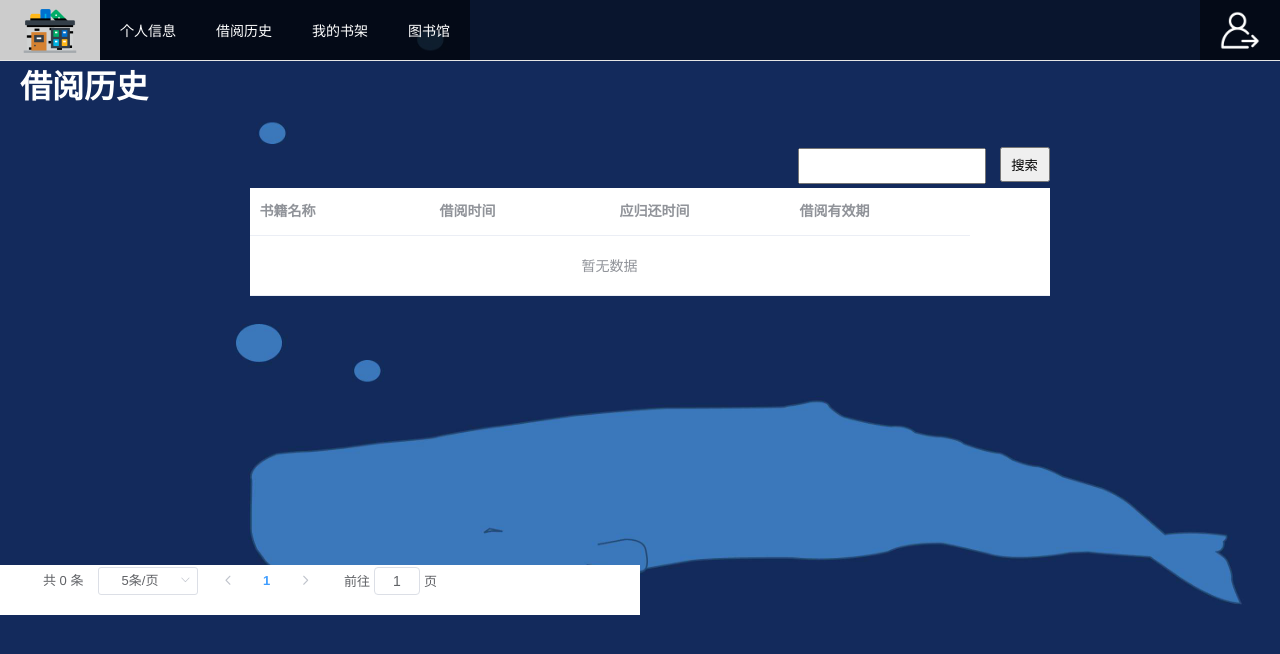
Repository: Akron-xz/helloVue
Page: /#/borrowhistory (app in vue-library/)
The author's editor kept a copy of each file at every save. The page is drawn from the files as they stood at one save, then again after the next save.
The browser window is 1280 px wide. The pictures show the whole page.
The project was rebuilt for these pictures with package versions that can differ from the ones it lists, and the page was loaded fresh each time. Also part of the build but not shown: vue-library/src/components/homeNav.vue, vue-library/src/views/Home.vue.

Above is the page before, as saved 2020-11-25 17:34:35.

### vue-library/src/main.js
import Vue from 'vue'
import App from './App.vue'
import ElementUI from 'element-ui';
import 'element-ui/lib/theme-chalk/index.css';
import axios from "axios"
import router from './router'
import Router from 'vue-router'

const routerPush = Router.prototype.push
Router.prototype.push = function push(location) {
    return routerPush.call(this, location).catch(error => error)
}

Vue.config.productionTip = false
Vue.use(ElementUI);
Vue.prototype.$axios = axios;


new Vue({
    router,
    render: h => h(App)
}).$mount('#app')

### vue-library/src/router/index.js
import Vue from 'vue'
import VueRouter from 'vue-router'
import Home from '../views/Home.vue'


Vue.use(VueRouter)

const routes = [{
        path: '/',
        name: 'Home',
        component: Home
    },
    {
        path: '/about',
        name: 'About',
        // route level code-splitting
        // this generates a separate chunk (about.[hash].js) for this route
        // which is lazy-loaded when the route is visited.
        component: () =>
            import ( /* webpackChunkName: "about" */ '../views/About.vue')
    },
    {
        path: '/admin',
        name: 'Admin',
        // route level code-splitting
        // this generates a separate chunk (about.[hash].js) for this route
        // which is lazy-loaded when the route is visited.
        component: () =>
            import ( /* webpackChunkName: "about" */ '../views/Administrator.vue')
    },
    {
        path: "/userLogin",
        name: "UserLogin",
        component: () =>
            import ('../views/UserLogin.vue')
    },
    {
        path: "/user",
        name: "User",
        component: () =>
            import ( /* webpackChunkName: "about" */ '../views/User.vue')
    },
    {
        path: "/signup",
        name: "SignUp",
        component: () =>
            import ('../views/SignUp.vue')
    },
    {
        path: "/adminmain",
        name: "AdminMain",
        component: () =>
            import ('../views/AdminMain.vue')
    },
    {

        path: "/MyInformation",
        name: "MyInformation",
        component: () =>
            import ('../views/MyInformation.vue')
    },
    {
        path: "/library",
        name: "Library",
        component: () =>
            import ( /* webpackChunkName: "about" */ '../views/Library.vue')

    },
    {
        path: "/modifymsg",
        name: "ModifyMsg",
        component: () =>
            import ('../views/ModifyMsg.vue')
    },
    {
        path: "/borrowhistory",
        name: "BorrowHistory",
        component: () =>
            import ('../views/BorrowHistory.vue')
    },
    {
        path: "/newissue",
        name: "NewIssue",
        component: () =>
            import ('../views/NewIssue.vue')
    },
    {
        path: "/booksearch",
        name: "BookSearch",
        component: () =>
            import ('../views/BookSearch.vue')
    },
    {
        path: "/MyBookshelves",
        name: "MyBookshelves",
        component: () =>
            import ('../views/MyBookshelves.vue')
    },
    {
        path: "/modifyAnnounce",
        name: "ModifyAnnounce",
        component: () =>
            import ('../views/ModifyAnnounce.vue')
    },
    {
        path: "/statistics",
        name: "Statistics",
        component: () =>
            import ('../views/Statistics.vue')
    },


]

const router = new VueRouter({
    routes
})

export default router

### vue-library/src/views/BorrowHistory.vue
<template>
  <div class="history-container">
    <userNavigation></userNavigation>
    <h1 class="history-title">借阅历史</h1>

 <div class="searchBox">
 <input v-model="searchContent" type="text" style="width:180px;height:30px;">&nbsp;&nbsp;
 <input type="button" value="搜索" style="width:50px;height:35px;" @click="searchByKey()">

 </div>
 <div class="table-box">
    <el-table
      :data="tableData.slice(
            (page.currentPage - 1) * page.pageSize,
            page.currentPage * page.pageSize
          )" >

      <el-table-column
        prop="book.bookName"
        label="书籍名称"
        width="180px">
      </el-table-column>
      <el-table-column
        prop="borrowTimeStr"
        label="借阅时间"
        width="180px">
      </el-table-column>
      <el-table-column
        prop="deadlineStr"
        label="应归还时间"
        width="180px">
      </el-table-column>
      <el-table-column
        prop="validTime"
        label="借阅有效期"
        width="180px"></el-table-column>
      </el-table>
 </div>
    <!-- 分页 -->
    <div class="pagingBox" >
        <el-pagination
          align="center"
          @size-change="handleSizeChange"
          @current-change="handleCurrentChange"
          :current-page="page.currentPage"
          :page-sizes="[1, 5, 10, 20]"
          :page-size="page.pageSize"
          layout="total, sizes, prev, pager, next, jumper"
          :total="tableData.length"
        >
        </el-pagination>
      </div>
</div>
  </template>
<script>
import axios from "axios"
import userNavigation from '@/components/userNav.vue'
    export default {
      components:{
        userNavigation
    },
      data() {
        return {
          userData:[
            {userId:"",},
          ],
          searchContent:"",
          tableData: [],
          gridData:[{
            UserNumber:'1',
            Name:'',
            Deadline:'',
             BookName: '',
            BorrowTime: '',
            ValidTime: '',
          }],
          page: {
        currentPage: 1, // 当前页码
        total: 20, // 总条数
        pageSize: 5, // 每页的数据条数
      },


        }
      },
      methods: {
        searchByKey(){
          axios({
            method:"get",
            url:"http://localhost:8081/borrow/list/key",
            params:{
                userId:this.userData[0].userId,
                key:this.searchContent
            }
          }).then(res=>{
            this.tableData = res.data
          })

        },
         handleSizeChange(val) {
      console.log(`每页 ${val} 条`);
      this.page.currentPage = 1;
      this.page.pageSize = val;
    },
    handleCurrentChange(val) {
      console.log(`当前页: ${val}`);
      this.page.currentPage = val;
    },
      },
      created() {
        let user = JSON.parse(sessionStorage.getItem("userSession"));
        console.log(user.userId);
        this.userData[0].userId = user.userId;
        axios({
          method:"get",
          url:"http://localhost:8081/user/selectBorrowHistory",
          params:{
            userId:user.userId
          }

        }).then(res=>{
          this.tableData = res.data
        })
      },
    }

</script>

<style scoped>
.history-container{
  position:fixed;
  left: 0;
  top: 0;
  width: 100%;
  height: 100%;
  background-image: url(/img/divBg/bg34.jpg);
  background-size: 100% 100%;
}
.history-title{
  float: left;
  margin-top: 0px;
  margin-left: 20px;
  font-size: 32px;
  color: white;
}
.searchBox{
 position: fixed;
 top: 147px;
 right: 18%;
}
.table-box{
  position: fixed;
  top: 188px;
  right: 18%;
  width: 800px;

}
.pagingBox{
  position: fixed;
  width: 800px;
  height: 50px;
  right: 50%;
  bottom: 0;
  top: 565px;
  background-color: white;

}
.reference-btn{
  color: #000;
  background-color: rgb(23, 23, 187);
}

</style>

### vue-library/src/components/userNav.vue
<template>

    <div class="navigation-bar">
        <el-menu
            class="el-menu-demo"
            mode="horizontal"
            @select="handleSelect"
            background-color="#00000080"
            text-color="#ffffff"
            text-font="15px">


            <el-menu-item index="1" @click="toUser">
                <img src="/img/libraryIcon.png" alt="" target="_self" class="libraryIcon">
            </el-menu-item>

            <el-menu-item index="2" @click="toModifyMsg">
                <a  target="_self"  >个人信息</a>
            </el-menu-item>

            <el-menu-item index="3" @click="toBorrowHistory">
                <a  target="_self">借阅历史</a>
            </el-menu-item>

            <el-menu-item index="4" @click="toMyBookshelves">
                <a  target="_self">我的书架</a>
            </el-menu-item>

            <el-menu-item index="5" @click="toLibrary">
                <a  target="_self">图书馆</a>
            </el-menu-item>

            <el-menu-item index="6" class="exitIcon">
                <img src="/img/logoutIconWhite.png" alt="" target="_self" class="logoutIcon" @click="signOut">
            </el-menu-item>

            <!-- <el-menu-item index="6" @click="toMain">
                <a  target="_self">返回主页</a>
            </el-menu-item> -->
        </el-menu>

    </div>
</template>

<script>
export default {
    name:"Nav",
    data() {
      return {
        activeIndex: '1'
      }
    },
    methods: {
    handleSelect(key, keyPath) {
      console.log(key, keyPath);
    },
    toUser(){
      this.$router.push({path:'/user'});
    },

    toModifyMsg(){
      this.$router.push({path:'/ModifyMsg'});
    },
    toBorrowHistory(){
      this.$router.push({path:'/BorrowHistory'});
    },
    toMyBookshelves(){
      this.$router.push({path:'/MyBookshelves'});
    },
    toLibrary(){
      this.$router.push({path:'/Library'});
    },
    signOut(){
      sessionStorage.clear();
      this.$router.push({path:'/'});
    }


  },

}
</script>>

<style scoped>
.libraryIcon{
  height: 60px;
  width: 60px;
}

.exitIcon{
  float: right;
}

.logoutIcon{
  height: 40px;
  width: 40px;
}

</style>>

Loaded but not shown: vue-library/public/index.html (common file); vue-library/src/App.vue (common file)

After the next save:
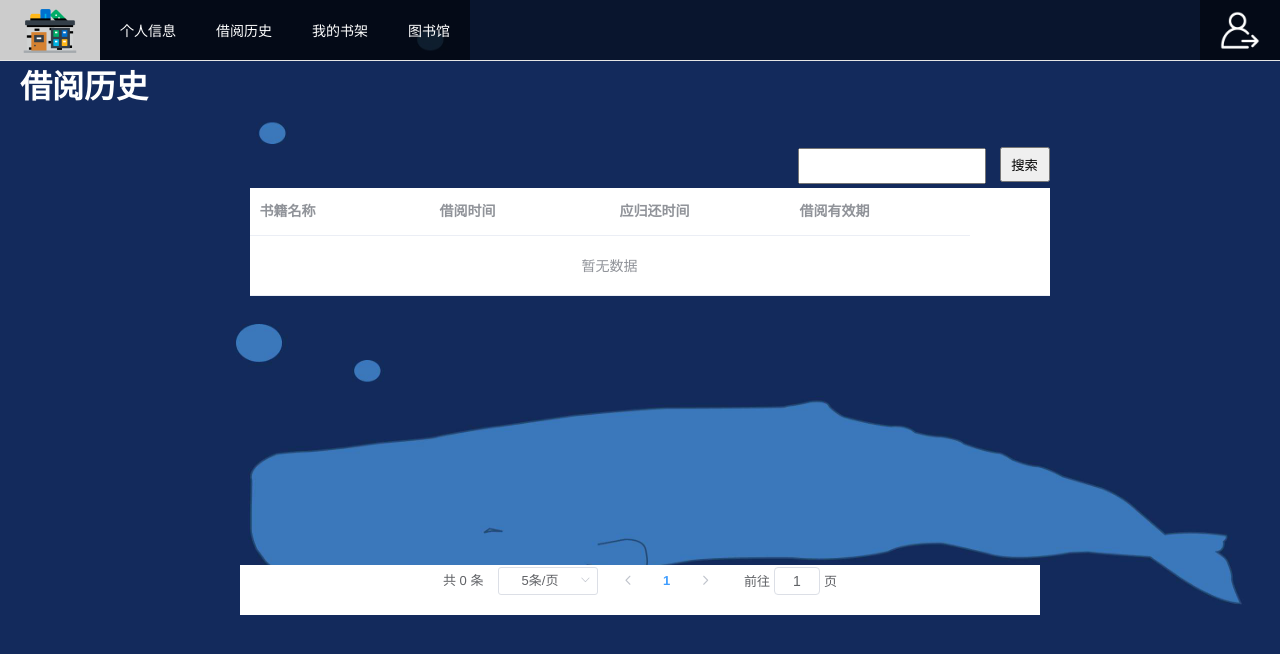
Saved 42 s later.
--- a/vue-library/src/views/BorrowHistory.vue
+++ b/vue-library/src/views/BorrowHistory.vue
@@ -162,6 +162,7 @@ import userNavigation from '@/components/userNav.vue'
   right: 50%;
   bottom: 0;
   top: 565px;
+  margin-right: -400px;
   background-color: white;
 
 }
